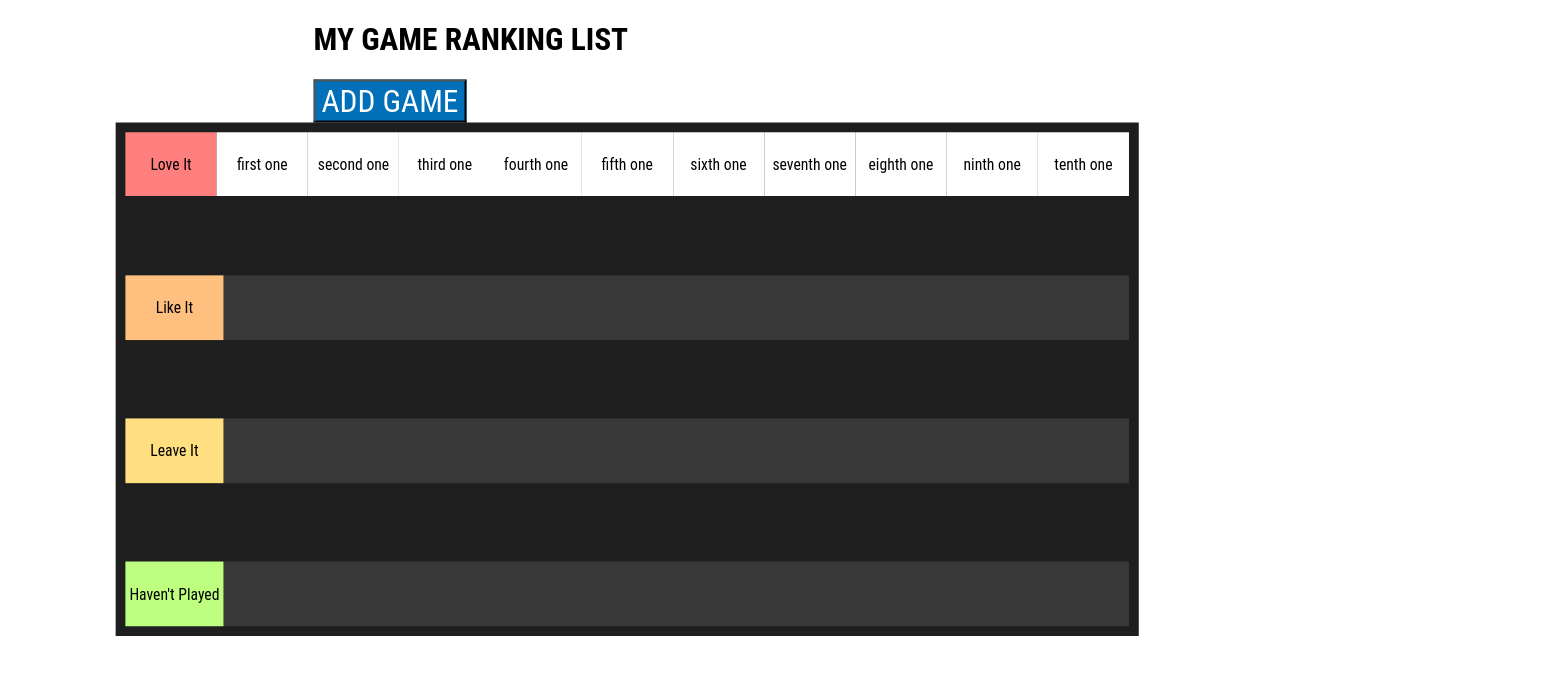
Repository: akiachenise/akiachenise.github.io
Page: JackboxGames_TierList_vanilla/index.html
An editor plug-in stored every save of this project. The page is shown before and after the next save, followed by the edit.
The browser window is 1280 px wide. The page is 1600 px wide, so the pictures cover 1600 px, including what lies to the right of the window. The pictures show the whole page, at 98% of full size.

Above is the page before, as saved 2022-11-26 17:29:39.

### JackboxGames_TierList_vanilla/index.html
<!DOCTYPE html>
<!--[if lt IE 7]>      <html class="no-js lt-ie9 lt-ie8 lt-ie7"> <![endif]-->
<!--[if IE 7]>         <html class="no-js lt-ie9 lt-ie8"> <![endif]-->
<!--[if IE 8]>         <html class="no-js lt-ie9"> <![endif]-->
<!--[if gt IE 8]>      <html class="no-js"> <!--<![endif]-->
<html lang="en-US">
  <head>
    <meta charset="utf-8" />
    <meta http-equiv="X-UA-Compatible" content="IE=edge" />
    <title>My Game Ranking List</title>
    <meta name="description" content="My Game Ranking" />
    <meta name="viewport" content="width=device-width, initial-scale=1" />
    <link rel="stylesheet" type="text/css" href="css/stylesheet.css" />
    <link rel="stylesheet" href="https://fonts.googleapis.com/css2?family=Roboto&display=swap">
  </head>
  <body>
    <!--[if lt IE 7]>
      <p class="browsehappy">
        You are using an <strong>outdated</strong> browser. Please
        <a href="#">upgrade your browser</a> to improve your experience.
      </p>
    <![endif]-->
    <span class="headerContainer">
        <h1>My Game Ranking List</h1>
        <button id="addCard" class="add">Add Game</button>
    </span>
    <div id="board">
        <div class = "row">
            <div class = "label">Love It</div>
            <div class="card" id="first" draggable="true">first one</div>
            <div class="card" id="second" draggable="true">second one</div>
            <div class="card" id="third" draggable="true">third one</div>
            <div class="card" id="fourth" draggable="true">fourth one</div>
            <div class="card" id="fifth" draggable="true">fifth one</div>
            <div class="card" id="sixth" draggable="true">sixth one</div>
            <div class="card" id="seventh" draggable="true">seventh one</div>
            <div class="card" id="eighth" draggable="true">eighth one</div>
            <div class="card" id="ninth" draggable="true">ninth one</div>
            <div class="card" id="ninth" draggable="true">tenth one</div>

        </div>
        <div class = "row">
            <div class = "label">Like It</div>
        </div>
        <div class = "row">
            <div class = "label">Leave It</div>
        </div>
        <div class = "row">
            <div class = "label">Haven't Played</div>
        </div>

    </div>


    <script src="js/cards.js" async defer></script>
    <script src="js/rows.js" async defer></script>
  </body>
</html>

### JackboxGames_TierList_vanilla/css/stylesheet.css
body {
    font-family: 'Roboto Condensed', Sans-serif;
    margin: 0;
    display: flex;
    flex-direction: column;
    align-items: center;
    justify-content: center;
}

.headerContainer {
    display: block;
    width: 100vw;
    align-items: center;
    padding-left: 40rem;

}

h1 {
    text-transform: uppercase;
}
button {
    font-family: 'Roboto Condensed', Sans-serif;
    font-size: 2rem;
    text-transform: uppercase;
    color: white;
    background-color: #0170B9;


}

#board {
    display: flex;
    flex-direction: column;
    align-items: center;
    justify-content: space-between;
    padding: 10px;
    width: 80vw;
    height: 70vh;
    background-color: rgb(30, 30, 30);
}

.row {
    display: flex;
    width: 100%;
    height: 13%;
    background-color: rgb(56, 56, 56);
}

.label {
    display: flex;
    justify-content: center;
    align-items: center;
    height: 100%;
    width: 100px;
    background-color: orange;
}

.card {
    height: 100%;
    width: 100px;
    display: flex;
    justify-content: center;
    align-items: center;
    background-color: white;
}

### JackboxGames_TierList_vanilla/js/cards.js
const cards = document.querySelectorAll('.card');

const onDragStart = (event) => {
    console.log('dragging the element');
    event.dataTransfer.setData('id', event.target.id);
    setTimeout(() => {
        event.target.style.visibility = 'hidden';
    }, 50)
}

const onDragEnd = (event) => {
    event.target.style.visibility = 'visible';
    console.log('ended the drag');
}

cards.forEach((card) => {
    card.ondragstart = onDragStart;
    card.ondragend = onDragEnd;


})

### JackboxGames_TierList_vanilla/js/rows.js
const rows = document.querySelectorAll('.row');
const colorRanks = ['rgb(255, 127, 127)', 'rgb(255, 191, 127)', 'rgb(255, 223, 127)' , 'rgb(191, 255, 127)'];

const onDragOver = (event) => {
    event.preventDefault();
}

const onDrop = (event) => {
   event.preventDefault();
   const draggedCardId = event.dataTransfer.getData('id');
   const draggedCard = document.getElementById(draggedCardId);
   event.target.appendChild(draggedCard);
   console.log('dropped the element');
}

rows.forEach((row, index) => {
    const label = row.querySelector('.label');
    label.style.backgroundColor = colorRanks[index];
    row.ondragover = onDragOver;
    row.ondrop = onDrop;
})

After the next save:
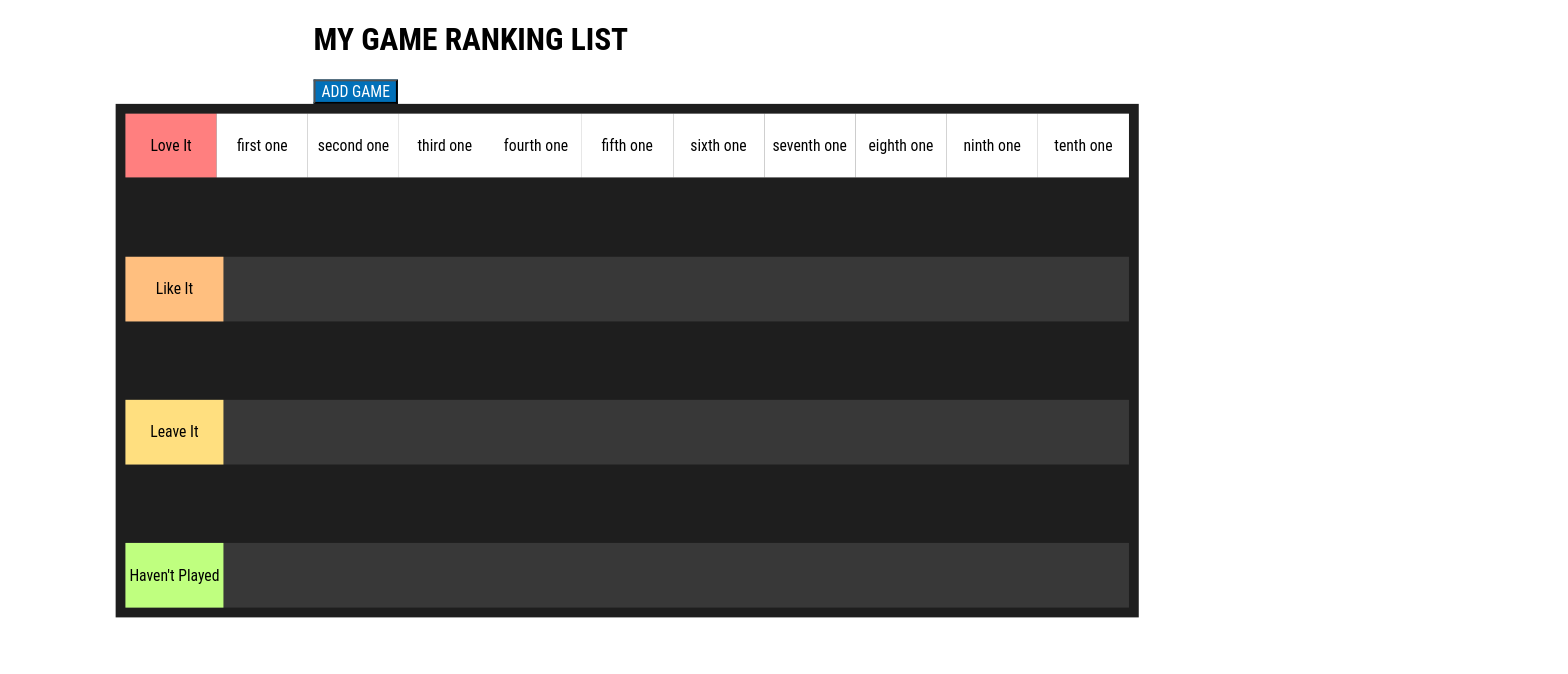
Saved 33 s later.
--- a/JackboxGames_TierList_vanilla/css/stylesheet.css
+++ b/JackboxGames_TierList_vanilla/css/stylesheet.css
@@ -20,7 +20,7 @@
 }
 button {
     font-family: 'Roboto Condensed', Sans-serif;
-    font-size: 2rem;
+    font-size: 1rem;
     text-transform: uppercase;
     color: white;
     background-color: #0170B9;

After the save that followed:
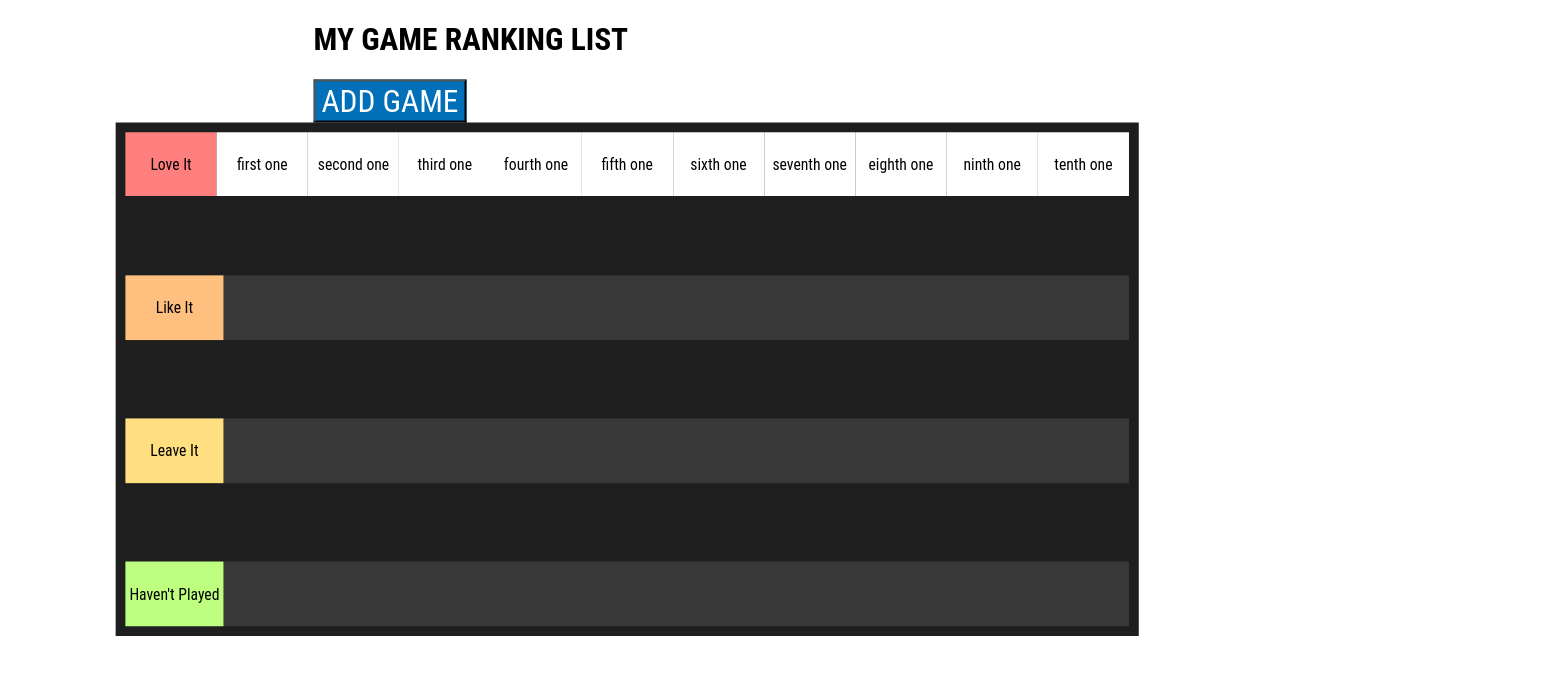
Saved 14 s later.
--- a/JackboxGames_TierList_vanilla/css/stylesheet.css
+++ b/JackboxGames_TierList_vanilla/css/stylesheet.css
@@ -20,7 +20,7 @@
 }
 button {
     font-family: 'Roboto Condensed', Sans-serif;
-    font-size: 1rem;
+    font-size: 2rem;
     text-transform: uppercase;
     color: white;
     background-color: #0170B9;
